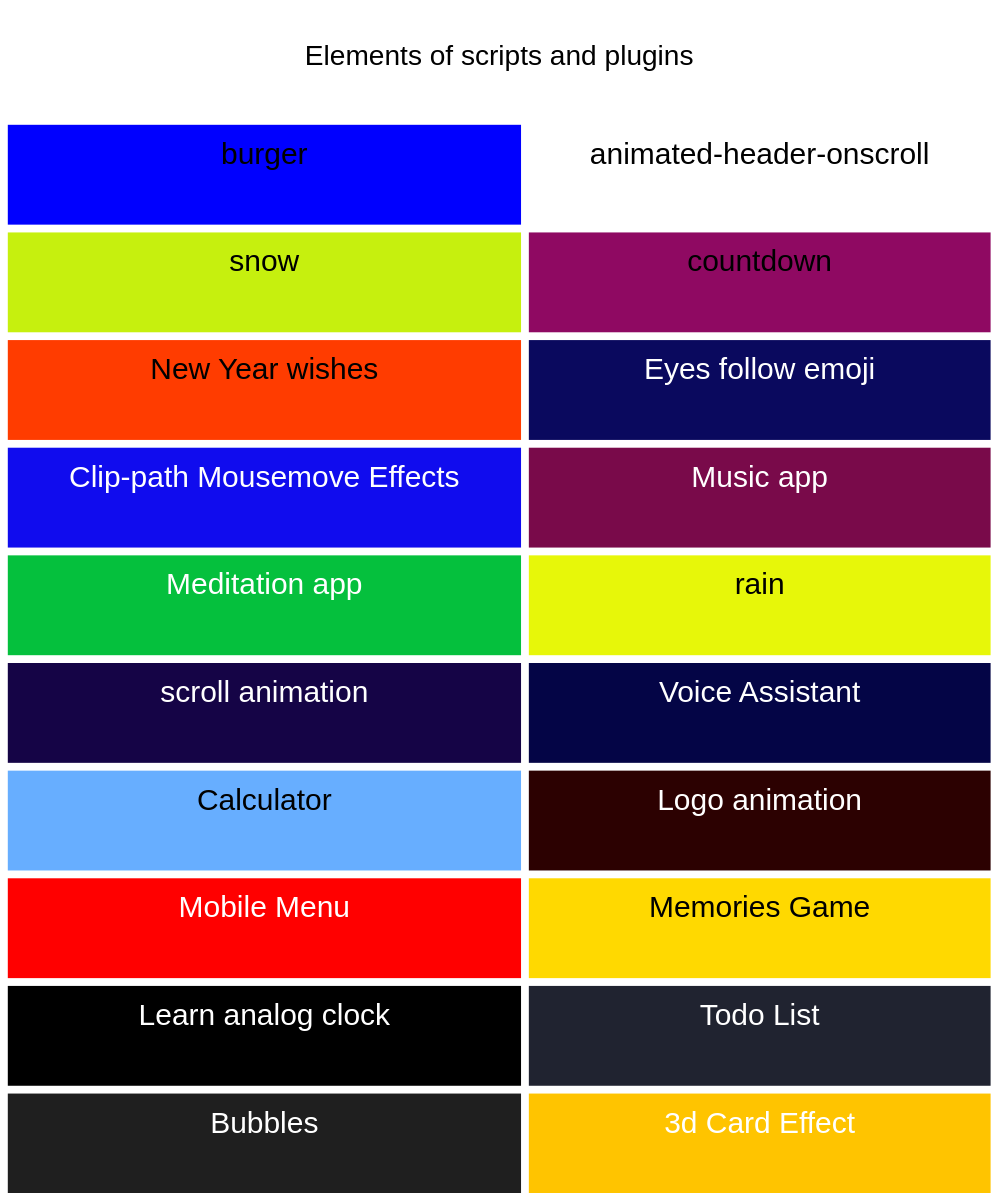
Repository: linkeusblind/elements
Page: index.html
An editor plug-in stored every save of this project. The page is shown before and after the next save, followed by the edit.
The browser window is 1280 px wide. The pictures show the whole page, at 78% of full size.

Above is the page before, as saved 2021-11-05 14:27:21.

### index.html
<!DOCTYPE html>
<html lang="en">

<head>
    <meta charset="UTF-8">
    <meta name="viewport" content="width=device-width, initial-scale=1.0">
    <meta http-equiv="X-UA-Compatible" content="ie=edge">
    <title>Elements of scripts and plugins</title>
    <style>
        * {
            margin: 0;
            padding: 0;
        }

        header {
            margin-top: 50px;
            width: 100vw;
            height: 100px;
            font-size: 36px;
            text-align: center;
            font-family: Arial, Helvetica, sans-serif;
        }

        div {
            height: 10vw;
            text-align: center;
            box-sizing: border-box;
            padding: 15px;

        }

        a {
            font-family: Arial, Helvetica, sans-serif;
            font-size: 3vw;
            text-decoration: none;
            color: black;

        }

        .elements {
            display: grid;
            grid-template-columns: auto auto;
            grid-gap: 10px;
            padding: 10px;
        }

        .elements>div {
            background-color: rgba(255, 255, 255, 0.8);
            border: 1px solid black;
            text-align: center;
            font-size: 30px;

        }

        .elements div {
            flex: 1;
        }

        .el1 {
            background-color: blue;

        }

        .el3 {
            background-color: rgb(198, 240, 14);
        }

        .el4 {
            background-color: rgb(143, 9, 98);
        }

        .el5 {
            background-color: rgb(255, 60, 0);
        }

        .el6 {
            background-color: rgb(10, 9, 94);
            color: white;
        }

        .el7 {
            background-color: rgb(16, 12, 238);
            color: white;
        }

        .el8 {
            background-color: rgb(121, 10, 74);
            color: white;
        }

        .el9 {
            background-color: rgb(5, 192, 61);
            color: white;
        }

        .el10 {
            background-color: rgb(231, 247, 9);
            color: black;
        }

        .el11 {
            background-color: rgb(21, 4, 70);
            color: white;
        }

        .el12 {
            background-color: rgb(4, 5, 70);
            color: white;
        }

        .el13 {
            background-color: rgb(103, 174, 255);
            color: black;
        }

        .el14 {
            background-color: rgb(44, 1, 1);
            color: white;
        }

        .el15 {
            background-color: rgb(255, 0, 0);
            color: white;
        }

        .el16 {
            background-color: rgb(255, 217, 0);
            color: black;
        }

        .el17 {
            background-color: black;
            color: white;
        }

        .el18 {
            background-color: rgb(32, 35, 48);
            color: white;
        }

        .el19 {
            background-color: rgb(31, 31, 31);
            color: white;
        }

        .el20 {
            background-color: #ffc400;
            color: white;
        }
    </style>
</head>

<body>
    <header>Elements of scripts and plugins</header>
    <div class="elements">
        <a href="burger/index.html">
            <div class="el1">burger</div>
        </a>
        <a href="animated-header-onscroll/index.html">
            <div class="el2">animated-header-onscroll</div>
        </a>
        <a href="snow/index.html">
            <div class="el3">snow</div>
        </a>
        <a href="countdown/index.html">
            <div class="el4">countdown</div>
        </a>
        <a href="wishes/index.html">
            <div class="el5">New Year wishes</div>
        </a>
        <a href="eyesfollow/index.html">
            <div class="el6">Eyes follow emoji</div>
        </a>
        <a href="clip-path/index.html">
            <div class="el7">Clip-path Mousemove Effects</div>
        </a>
        <a href="music-app/index.html">
            <div class="el8">Music app</div>
        </a>
        <a href="meditation-app/index.html">
            <div class="el9">Meditation app</div>
        </a>
        <a href="rain/index.html">
            <div class="el10">rain</div>
        </a>
        <a href="scroll-animation/index.html">
            <div class="el11">scroll animation</div>
        </a>
        <a href="voice-assist/index.html">
            <div class="el12">Voice Assistant</div>
        </a>
        <a href="calculator/index.html">
            <div class="el13">Calculator</div>
        </a>
        <a href="logo-animation/index.html">
            <div class="el14">Logo animation</div>
        </a>
        <a href="mobile-menu/index.html">
            <div class="el15">Mobile Menu</div>
        </a>
        <a href="memories-game/index.html">
            <div class="el16">Memories Game</div>
        </a>
        <a href="analog-clock/index.html">
            <div class="el17">Learn analog clock</div>
        </a>
        <a href="todo-list/index.html">
            <div class="el18">Todo List</div>
        </a>
        <a href="bubbles/index.html">
            <div class="el19">Bubbles</div>
        </a>
        <a href="3d-card-effect/index.html">
            <div class="el20">3d Card Effect</div>
        </a>


    </div>


</body>

</html>

After the next save:
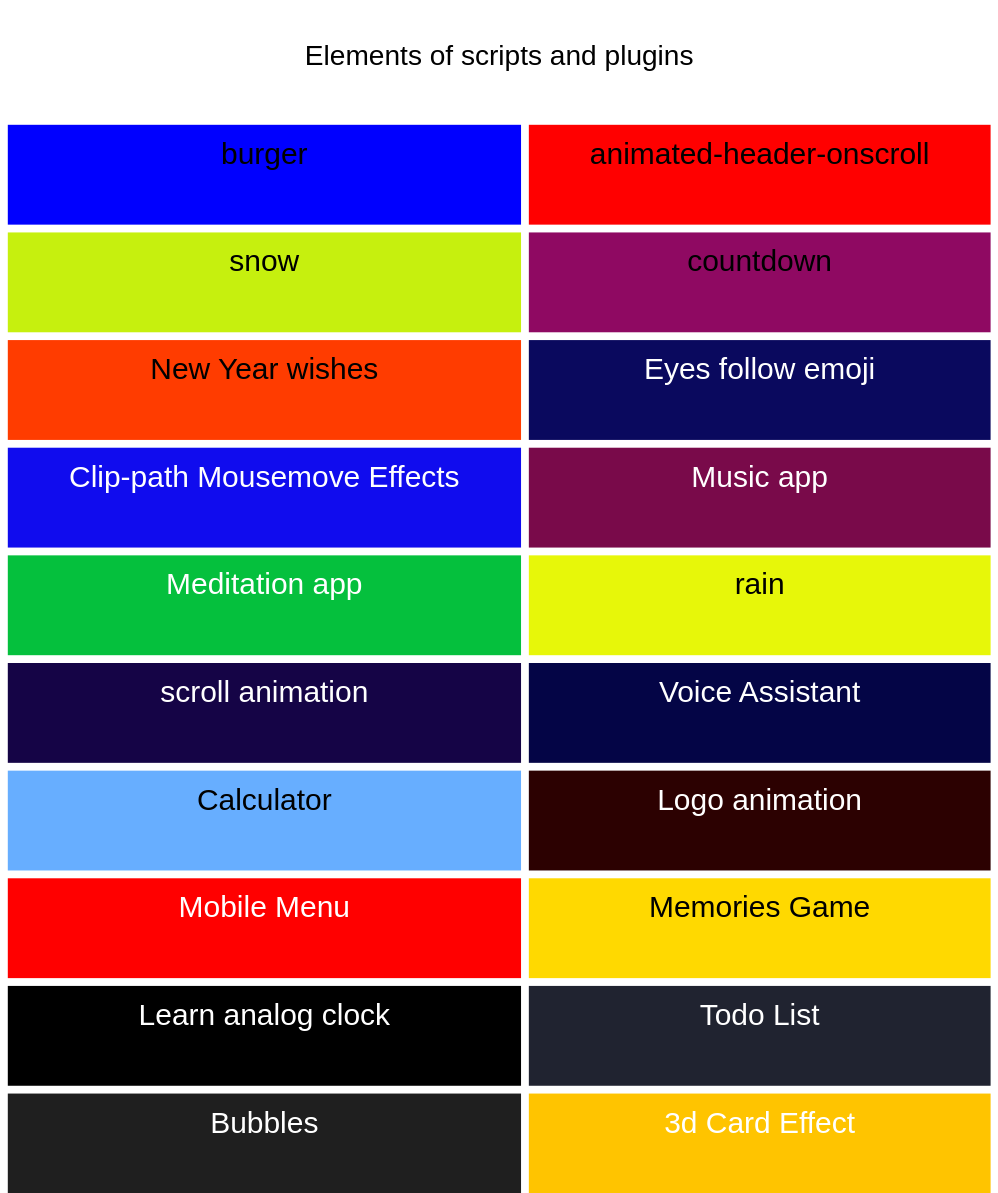
Saved 62 s later.
--- a/index.html
+++ b/index.html
@@ -61,6 +61,11 @@
 
         }
 
+        .el2 {
+            background-color: red;
+
+        }
+
         .el3 {
             background-color: rgb(198, 240, 14);
         }
